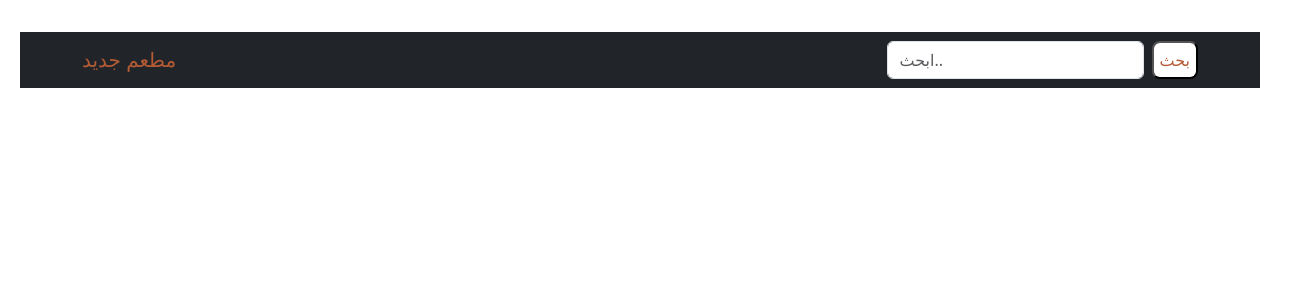
Repository: kerlos-alfy/Restaurant-Menu
Page: /
The author's editor kept a copy of each file at every save. The page is drawn from the files as they stood at one save, then again after the next save.
The browser window is 1280 px wide. The page is 1280 px wide, then 1292 px, so the pictures cover 1292 px, including what lies to the right of the window. The pictures show the whole page.
Some web fonts or font styles are not loaded; a fallback is used. The project was rebuilt for these pictures with package versions that can differ from the ones it lists, and the page was loaded fresh each time. Also part of the build but not shown: vite.config.js.

Above is the page before, as saved 2024-12-20 01:02:27.

### index.html
<!DOCTYPE html>
<html lang="en">
	<head>
		<meta charset="UTF-8" />
		<link rel="icon" type="image/svg+xml" href="/vite.svg" />
		<link
			rel="stylesheet"
			href="https://cdn.jsdelivr.net/npm/bootstrap@5.3.2/dist/css/bootstrap.min.css"
			integrity="sha384-T3c6CoIi6uLrA9TneNEoa7RxnatzjcDSCmG1MXxSR1GAsXEV/Dwwykc2MPK8M2HN"
			crossorigin="anonymous" />
		<!-- Start Font Google Arabic  -->
		<link rel="preconnect" href="https://fonts.googleapis.com" />
		<link rel="preconnect" href="https://fonts.gstatic.com" crossorigin />
		<link
			href="https://fonts.googleapis.com/css2?family=Alkalami&family=Almarai:wght@300;400;700;800&family=Cairo:wght@200..1000&family=Rakkas&display=swap"
			rel="stylesheet" />
		<!-- End Font Google Arabic  -->
		<meta name="viewport" content="width=device-width, initial-scale=1.0" />
		<title>Vite + React</title>
	</head>
	<body>
		<div id="root"></div>
		<script type="module" src="/src/main.jsx"></script>
	</body>
</html>

### src/index.css
/* :root {
  font-family: Inter, system-ui, Avenir, Helvetica, Arial, sans-serif;
  line-height: 1.5;
  font-weight: 400;

  color-scheme: light dark;
  color: rgba(255, 255, 255, 0.87);
  background-color: #242424;

  font-synthesis: none;
  text-rendering: optimizeLegibility;
  -webkit-font-smoothing: antialiased;
  -moz-osx-font-smoothing: grayscale;
}

a {
  font-weight: 500;
  color: #646cff;
  text-decoration: inherit;
}
a:hover {
  color: #535bf2;
}

body {
  margin: 0;
  display: flex;
  place-items: center;
  min-width: 320px;
  min-height: 100vh;
}

h1 {
  font-size: 3.2em;
  line-height: 1.1;
}

button {
  border-radius: 8px;
  border: 1px solid transparent;
  padding: 0.6em 1.2em;
  font-size: 1em;
  font-weight: 500;
  font-family: inherit;
  background-color: #1a1a1a;
  cursor: pointer;
  transition: border-color 0.25s;
}
button:hover {
  border-color: #646cff;
}
button:focus,
button:focus-visible {
  outline: 4px auto -webkit-focus-ring-color;
}

@media (prefers-color-scheme: light) {
  :root {
    color: #213547;
    background-color: #ffffff;
  }
  a:hover {
    color: #747bff;
  }
  button {
    background-color: #f9f9f9;
  }
} */

.color-body {
	background-color: #f8f8f8;
	height: 100vh;
}
.font {
	font-family: "Almarai", sans-serif;
}
.title {
	color: #224f61;
	font-family: Almarai;
	font-size: 30px;
	font-weight: bold;
	letter-spacing: 0;
	line-height: 64px;
}
.underline {
	height: 1px;
	width: 200px;
	border-radius: 10px;
	border: 2px solid #b45b35;
}
.btn {
	color: black;
	font-family: Almarai;
	font-size: 18px;
	letter-spacing: 0;
	line-height: 24px;
}
.btn:hover {
	color: black;
	font-family: Almarai;
	font-size: 18px;
	font-weight: bold;
	letter-spacing: 0;
	line-height: 24px;
	border-radius: 11px;
	border: none;
	background-color: #b45b35;
}
.img-item {
	height: 180px;
	width: 252px;
	border-radius: 5px;
}
.item-description {
	color: #8c8c8c;
	font-family: Almarai;
	font-size: 16px;
	letter-spacing: 0;
	line-height: 20px;
}
.item-title {
	color: #555555;
	font-family: Almarai;
	font-size: 16px;
	font-weight: bold;
	letter-spacing: 0;
	line-height: 20px;
}
.card-color {
	background-color: #f8f8f8;
}
.item-price {
	color: #b45b35;
	font-family: Almarai;
	font-size: 16px;
	font-weight: bold;
	letter-spacing: 0;
	line-height: 20px;
}
.btn-search {
	color: #b45b35;
	border-radius: 3px solid #b45b35;
	border-radius: 8px;
	background-color: white;
}
.btn-search:hover {
	color: white;
	border-radius: 3px solid white;
	background-color: #b45b35;
	border-radius: 8px;
}
.brand-color {
	color: #b45b35;
}

### src/App.jsx
import "./App.css";
import NavBar from "./components/NavBar";
function App() {
	return (
		<>
			<NavBar />
		</>
	);
}

export default App;

### src/App.css
#root {
	//max-width: 1280px;
	margin: 0 auto;
	padding: 2rem;
	text-align: center;
}

.logo {
	height: 6em;
	padding: 1.5em;
	will-change: filter;
	transition: filter 300ms;
}
.logo:hover {
	filter: drop-shadow(0 0 2em #646cffaa);
}
.logo.react:hover {
	filter: drop-shadow(0 0 2em #61dafbaa);
}

@keyframes logo-spin {
	from {
		transform: rotate(0deg);
	}
	to {
		transform: rotate(360deg);
	}
}

@media (prefers-reduced-motion: no-preference) {
	a:nth-of-type(2) .logo {
		animation: logo-spin infinite 20s linear;
	}
}

.card {
	padding: 2em;
}

.read-the-docs {
	color: #888;
}

### src/components/NavBar.jsx
import { Navbar, Container, Row, Nav, Form, FormControl } from "react-bootstrap";
const NavBar = () => {
	return (
		<Row>
			<Navbar bg="dark" expand="lg" variant="dark">
				<Container>
					<Navbar.Brand href="#">
						<div className="brand-color">مطعم جديد</div>
					</Navbar.Brand>
					<Navbar.Toggle aria-controls="navbarScroll" />
					<Navbar.Collapse id="navbarScroll">
						<Nav className="me-auto my-2 my-lg-0" style={{ maxHeight: "100px" }} navbarScroll></Nav>
						<Form className="d-flex">
							<FormControl type="text" placeholder="ابحث.." className="mx-2" />
							<button className="btn-search">بحث</button>
						</Form>
					</Navbar.Collapse>
				</Container>
			</Navbar>
		</Row>
	);
};

export default NavBar;

Loaded but not shown: src/main.jsx (common file)

After the next save:
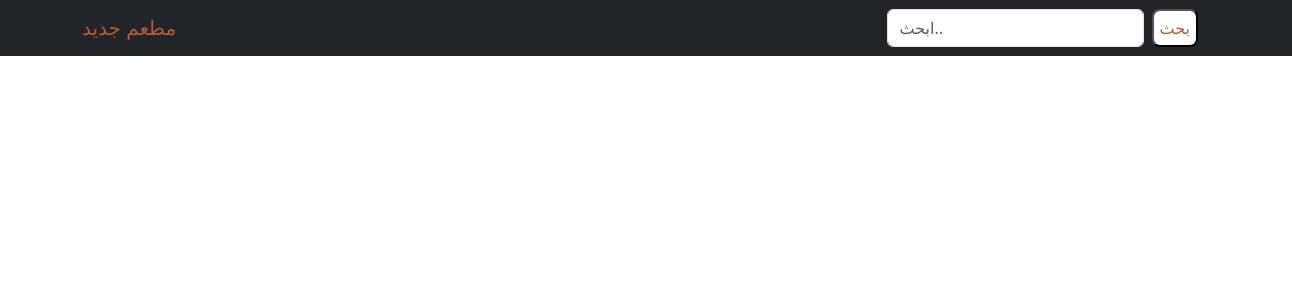
Saved 4 s later.
--- a/src/App.css
+++ b/src/App.css
@@ -1,10 +1,3 @@
-#root {
-	//max-width: 1280px;
-	margin: 0 auto;
-	padding: 2rem;
-	text-align: center;
-}
-
 .logo {
 	height: 6em;
 	padding: 1.5em;
